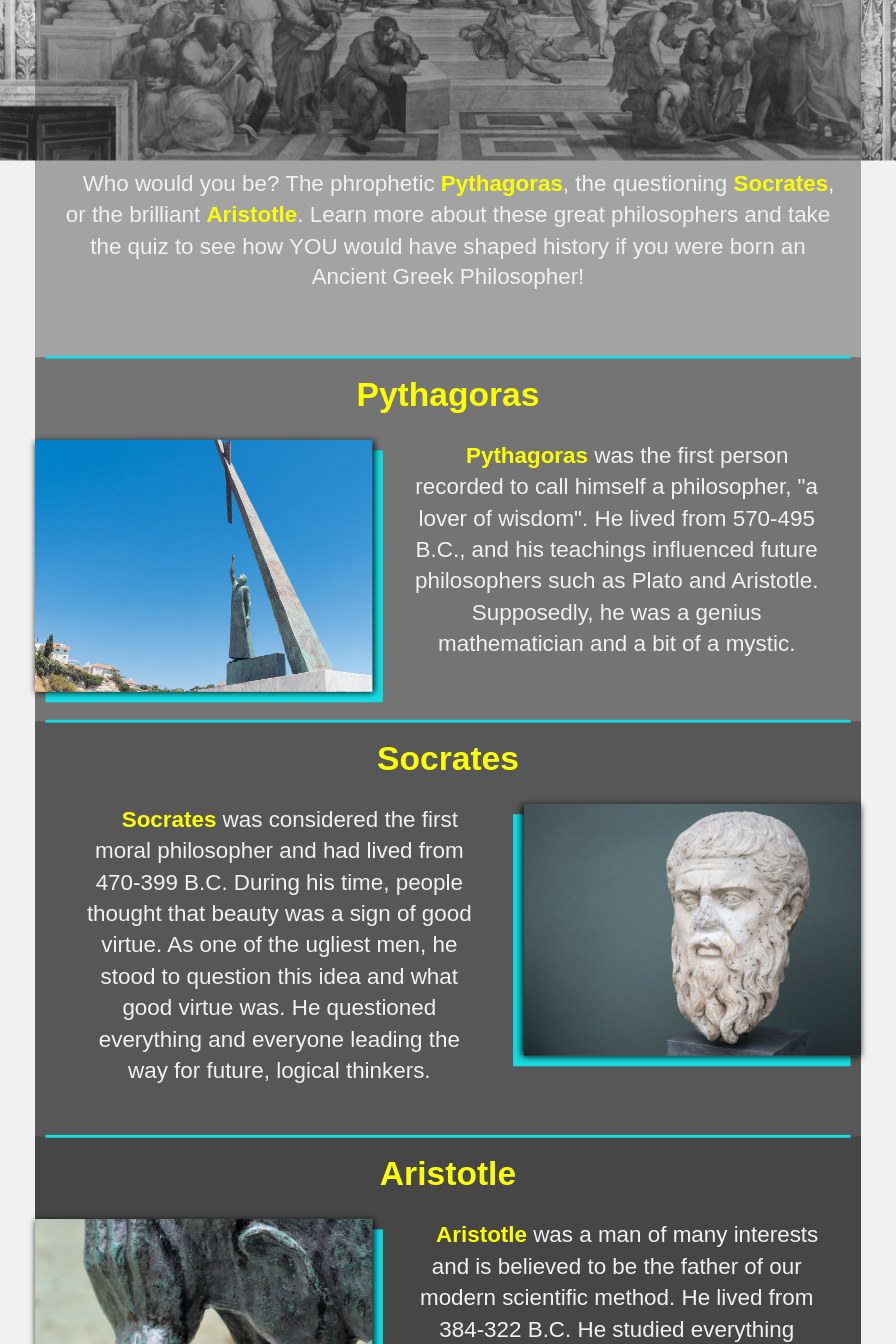
Repository: Sbethm/sarahmoosa
Page: greekPhiloQuiz/greekIndex.html
An editor plug-in stored every save of this project. The page is shown before and after a run of saves, followed by the edit.
The browser window is 1280 px wide. The pictures show the part of the page from y = 345 to 2265 px (the page is 2870 px tall before and 2930 px after), at 70% of full size.
Some web fonts or font styles are not loaded; a fallback is used. The style sheet was rebuilt from its Sass, Less or Tailwind sources for each picture, by a compiler version that may differ from the author's.

Above is the page before, as saved 2021-08-04 20:37:05.
Console error: TypeError: Cannot read properties of null (reading 'addEventListener')

After the next 2 saves:
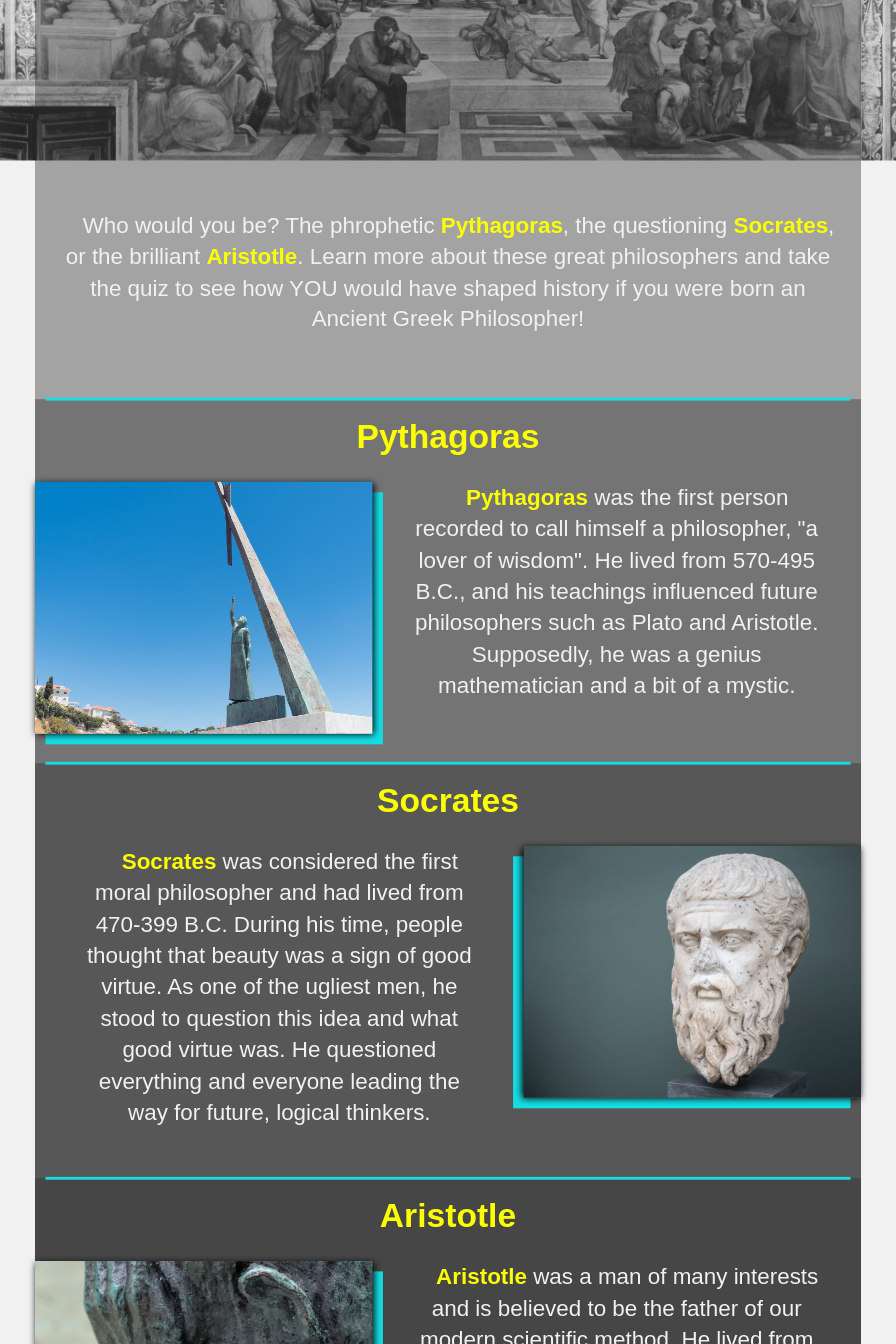
The 2 saves are shown as one change because they came seconds apart.
The last was saved 7 s later.
--- a/greekPhiloQuiz/greekSCSS/main.scss
+++ b/greekPhiloQuiz/greekSCSS/main.scss
@@ -592,7 +592,7 @@ footer {
     }
 
     .about--info {
-        padding: 60px 20px ;
+        padding: 120px 20px 60px 20px;
         text-align: center;
     }
 
